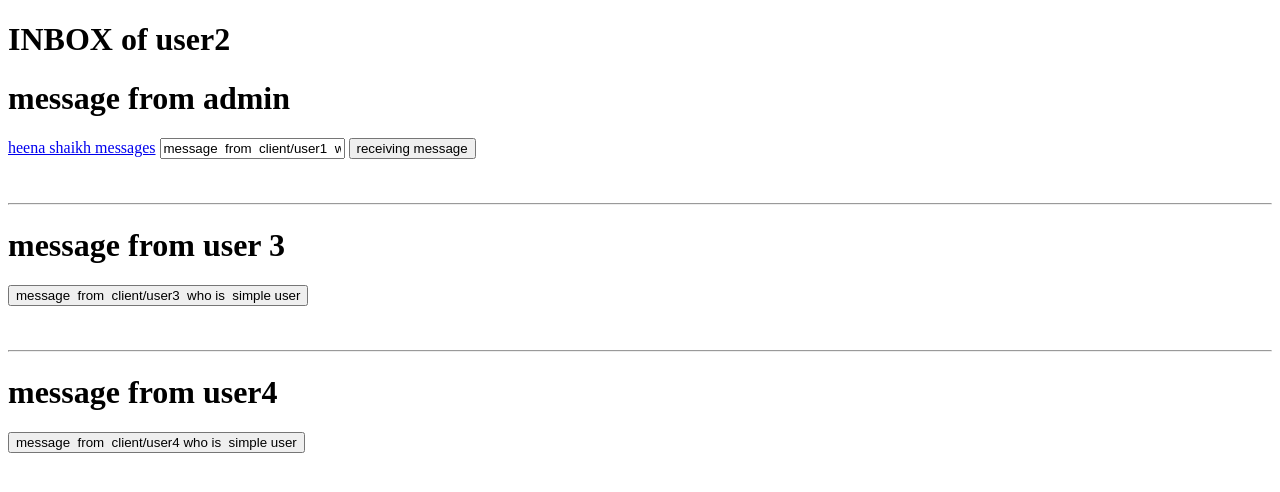
Repository: heenasalim/Java_Script
Page: Simplehtmldemo/WebContent/FBUSER2.html
These files come from the project's save history. The page is drawn as it stood at one moment and after the next save; the edit follows.
The browser window is 1280 px wide. The pictures show the whole page.

Above is the page before, as saved 2015-10-12 11:14:16.

After the next save:
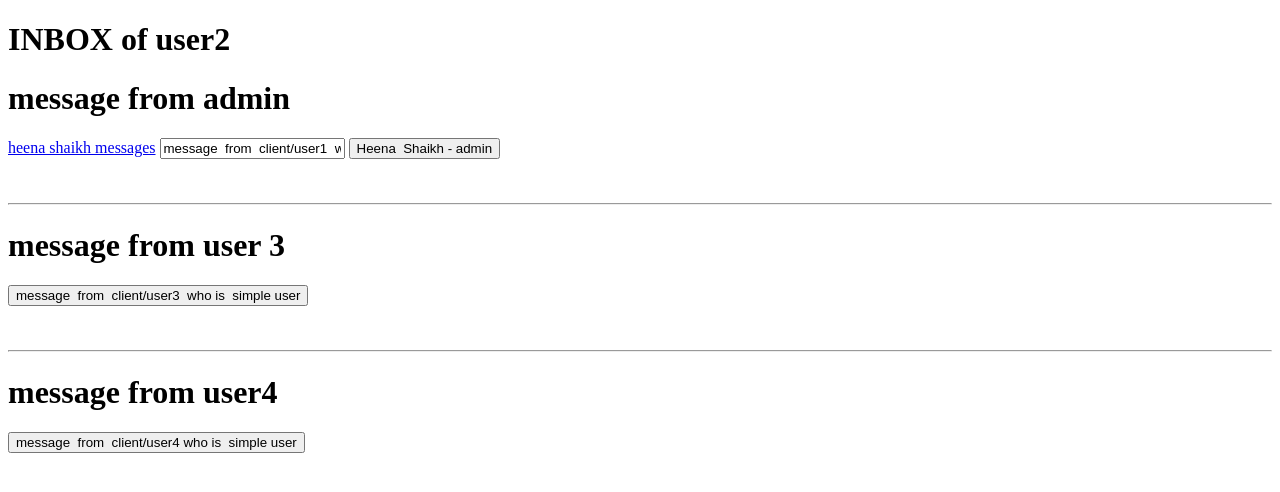
Saved 39 s later.
--- a/Simplehtmldemo/WebContent/FBUSER2.html
+++ b/Simplehtmldemo/WebContent/FBUSER2.html
@@ -9,7 +9,7 @@
 <h1>message  from  admin</h1>
 <a href="heena  shaikh">heena  shaikh  messages</a>
 <input type="text"  value="message  from  client/user1  who is  admin  user">
-<input type="submit"  value="receiving message" />
+<input type="submit"    id="heena"  name="heena" value="Heena  Shaikh - admin" />
 <br/>
 <br/>
 <br/>
